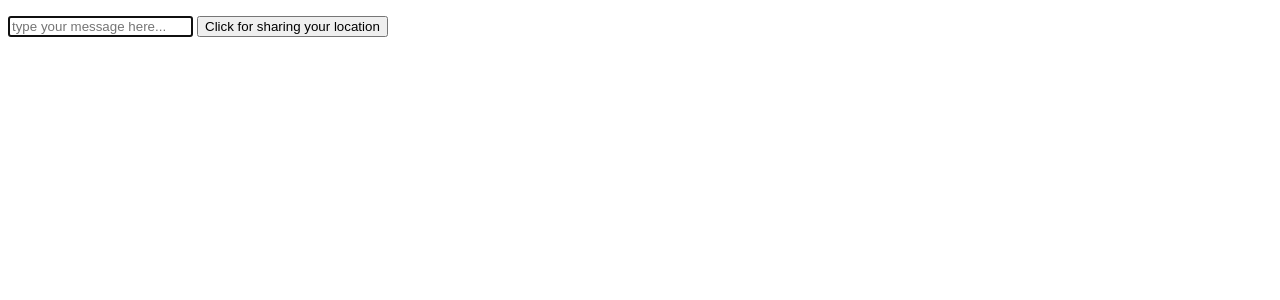
Repository: qingfengtommy/Fiat-Lux
Page: http://localhost/
The author's editor kept a copy of each file at every save. The page is drawn from the files as they stood at one save, then again after the next save.
The browser window is 1280 px wide. The pictures show the whole page.
The page is served by the project's Node server (index.js).

Above is the page before, as saved 2023-02-19 21:27:03.
Console error: ReferenceError: io is not defined

After the next save:
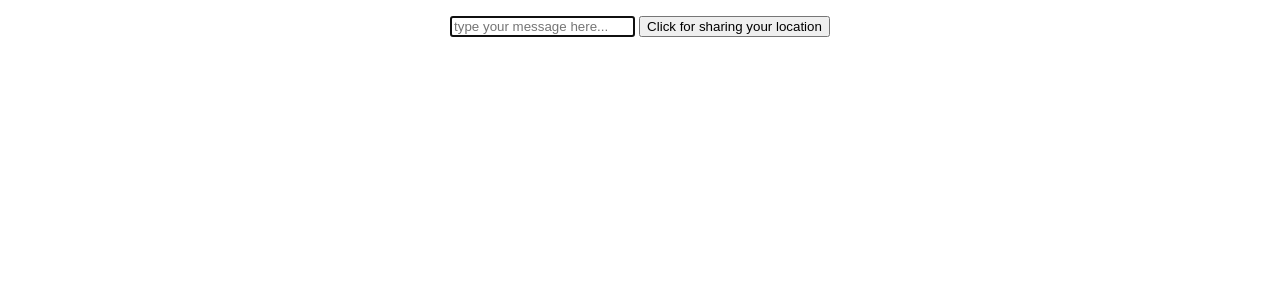
Saved 10 h 53 min later.
--- a/views/index.ejs
+++ b/views/index.ejs
@@ -11,9 +11,9 @@
 <body>
 
     <form action="/" method="POST" id="chatForm">
-        <p align=center></p>
-        <input id="txt" autocomplete="off" autofocus="on" oninput="isTyping()"
-            placeholder="type your message here..." /> <button>Click for sharing your location</button>
+        <p align=center>
+            <input id="txt" autocomplete="off" autofocus="on" oninput="isTyping()"
+                placeholder="type your message here..." /> <button>Click for sharing your location</button>
         </p>
     </form>
     <script>
